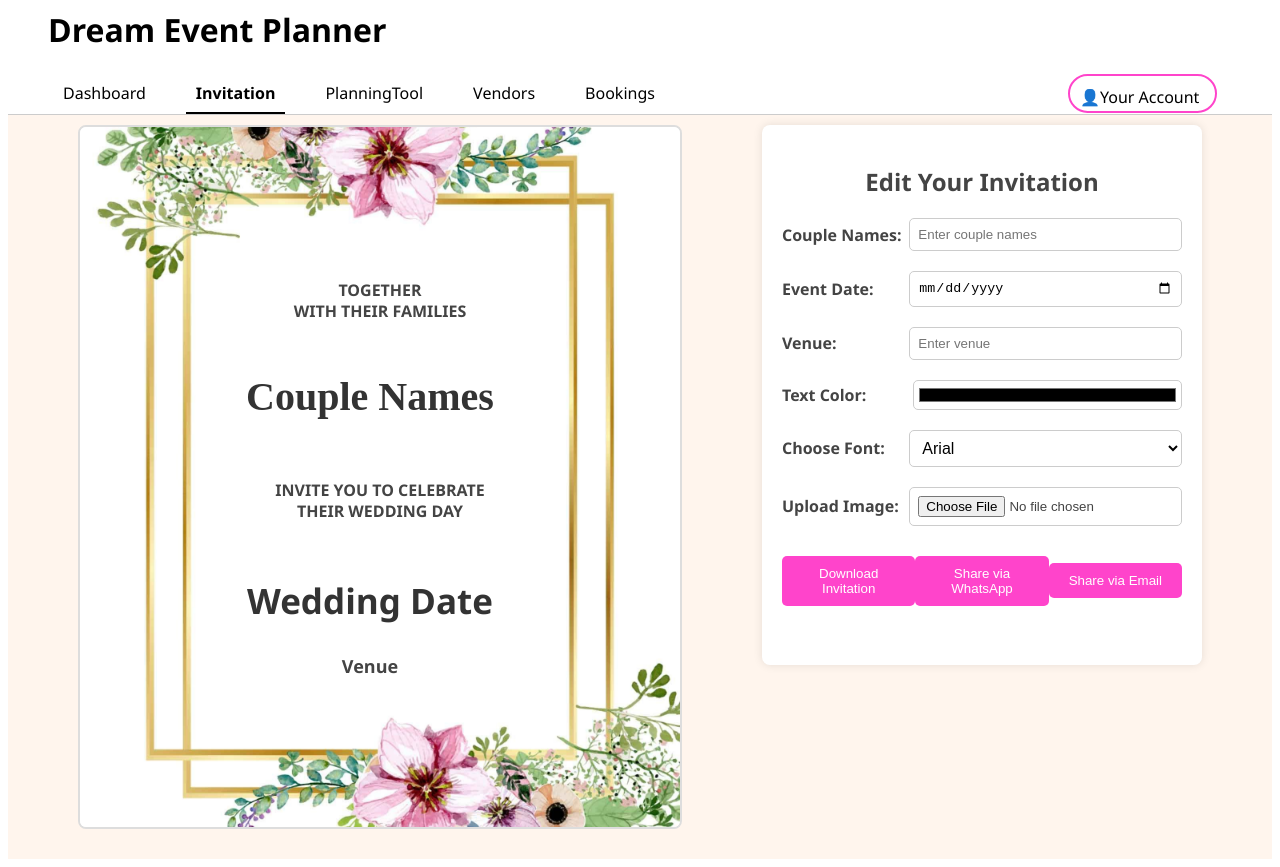
Repository: rajeshwari16945/Dream_Event_planner
Page: dep-admin-vendor-svc/src/main/resources/static/html/invitation.html
An editor plug-in stored every save of this project. The page is shown before and after the next save, followed by the edit.
The browser window is 1280 px wide. The pictures show the whole page.
The page's requests for data from a server got no answer.

Above is the page before, as saved 2025-03-27 23:05:25.

After the next save:
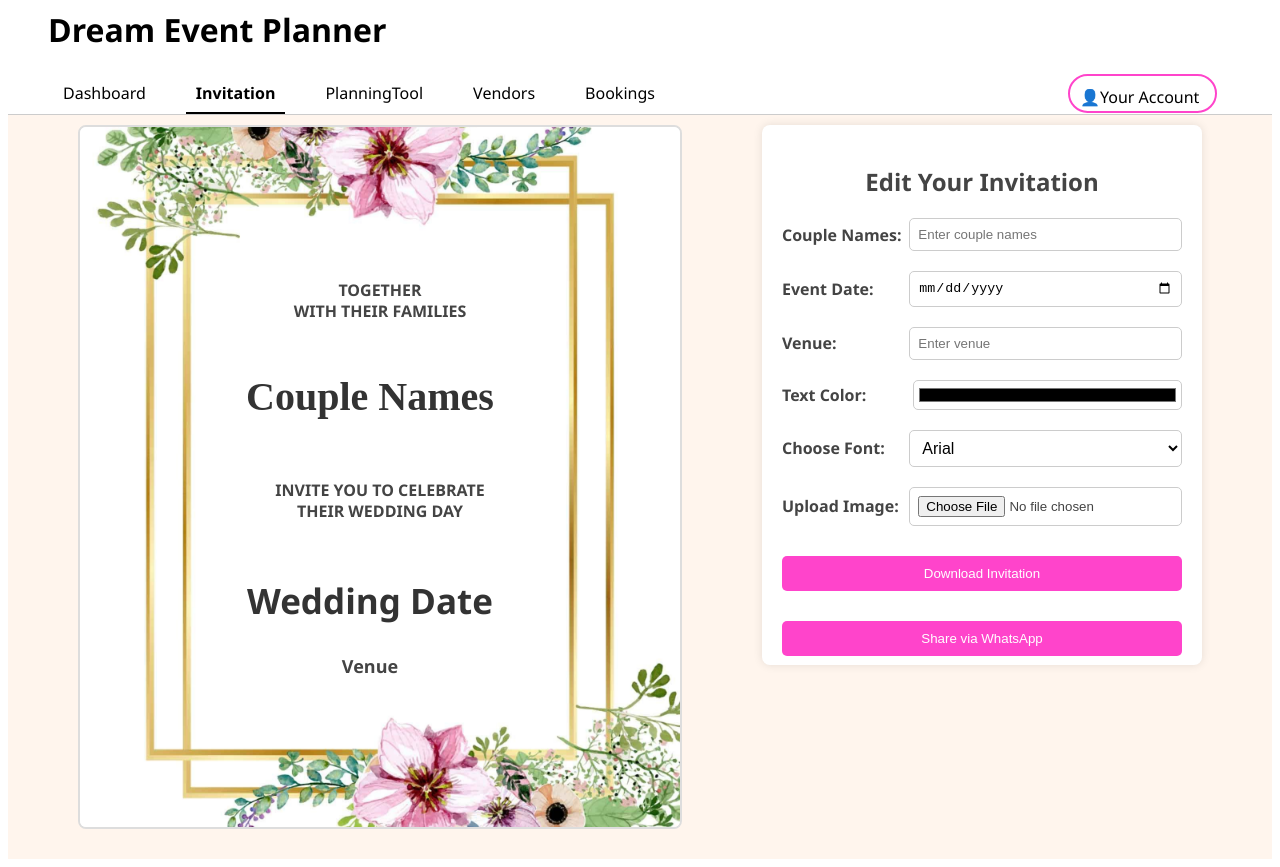
Saved 26 s later.
--- a/dep-admin-vendor-svc/src/main/resources/static/html/invitation.html
+++ b/dep-admin-vendor-svc/src/main/resources/static/html/invitation.html
@@ -75,8 +75,9 @@
 	            </div>
 				<div>
 					<button id="downloadInvitationButton">Download Invitation</button>
+				</div>
+				<div>
 					<button id="shareWhatsappButton">Share via WhatsApp</button>
-					<button id="shareEmailButton">Share via Email</button>
 				</div>
 	        </div>
 	    </div>
